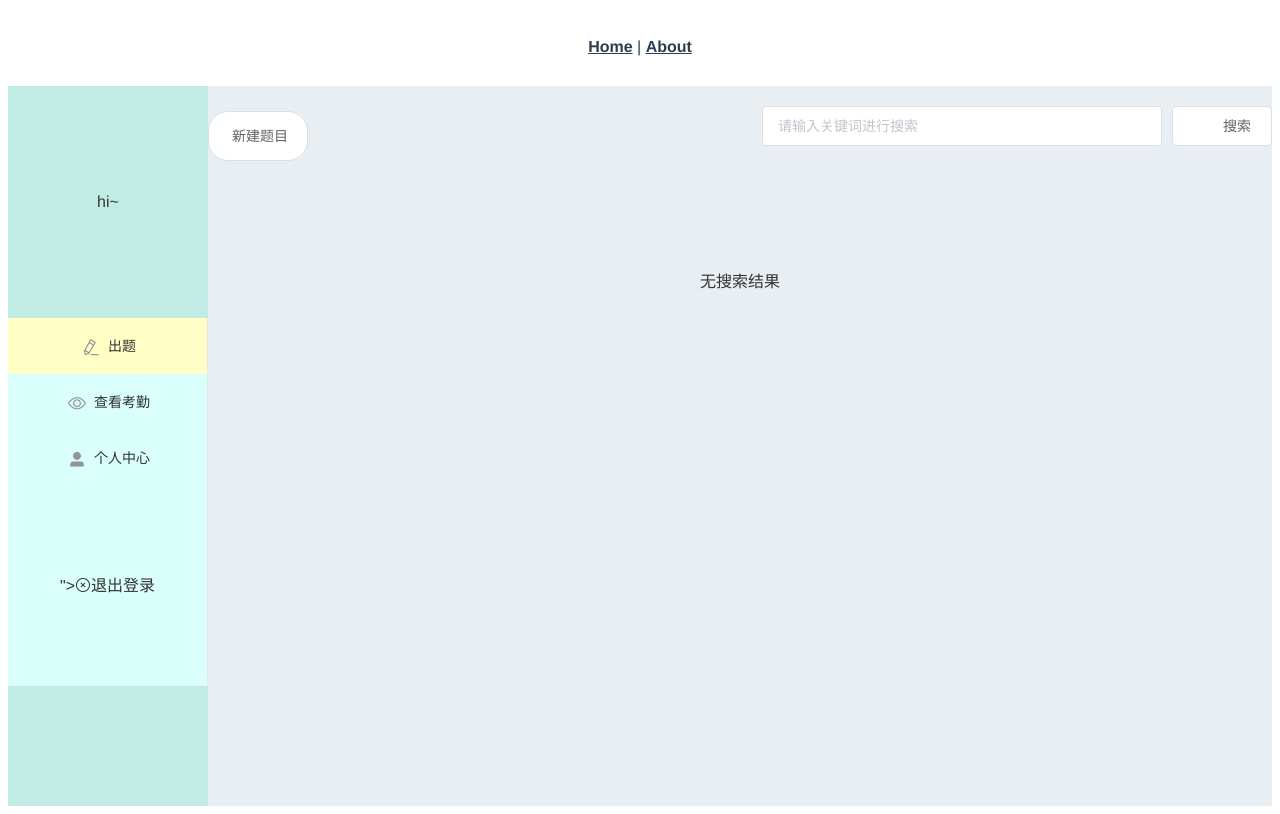
Repository: HiKzcode/Topic-selection-management-system
Page: /teacherview
The author's editor kept a copy of each file at every save. The page is drawn from the files as they stood at one save, then again after a run of saves.
The browser window is 1280 px wide. The pictures show the whole page.
The project was rebuilt for these pictures with package versions that can differ from the ones it lists, and the page was loaded fresh each time. Also part of the build but not shown: vue.config.js, src/views/Login.vue, src/components/Personal.vue, src/views/teacher/Cquestion.vue, src/components/Logout.vue, src/views/teacher/Check.vue.

Above is the page before, as saved 2023-07-03 15:21:29.

After the next 2 saves:
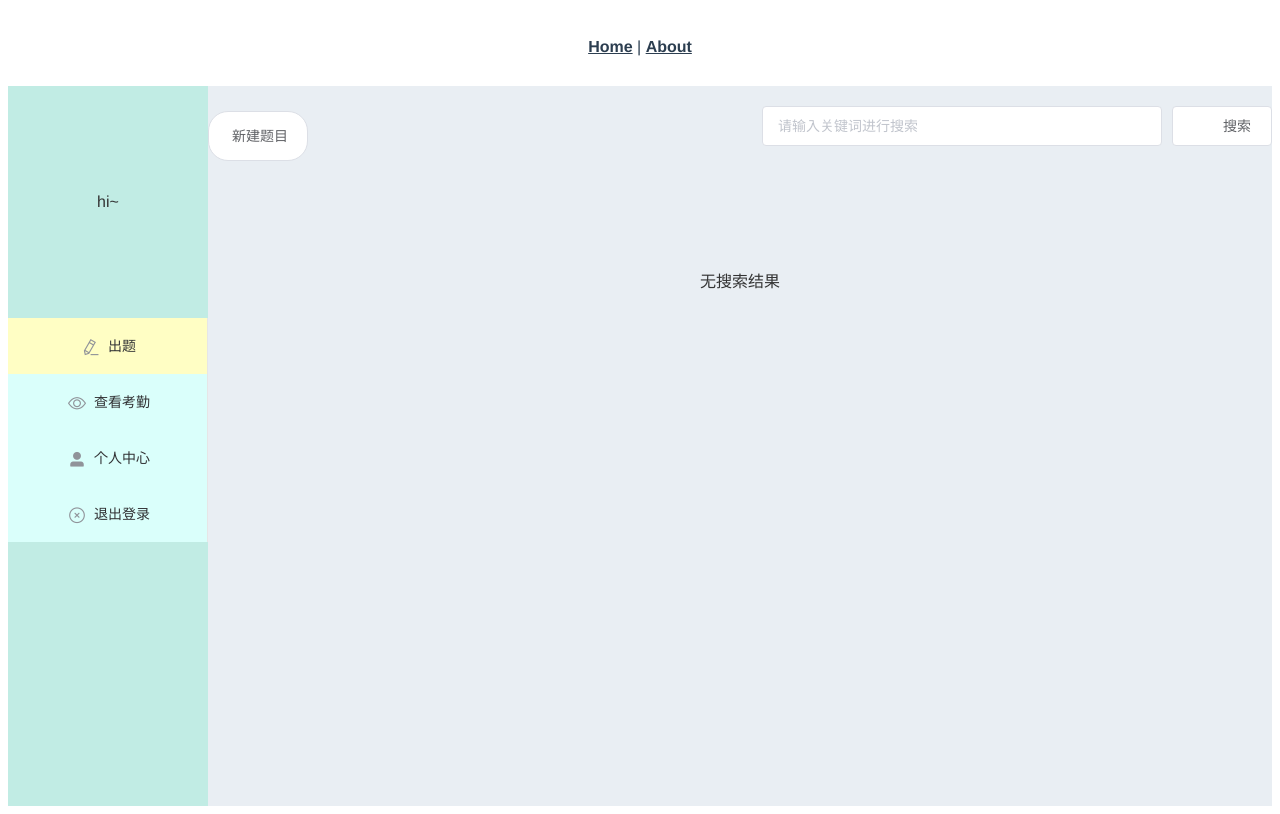
The 2 saves are shown as one change because they came seconds apart.
The last was saved 7 s later.
--- a/src/views/TeacherView.vue
+++ b/src/views/TeacherView.vue
@@ -12,7 +12,7 @@
             </el-menu-item>
            <el-menu-item index="2" :class="{ 'active': selectedMenu === '2' }"><i class="el-icon-view"></i>查看考勤</el-menu-item>
            <el-menu-item index="3" :class="{ 'active': selectedMenu === '3' }" ><i class="el-icon-user-solid"></i>个人中心</el-menu-item>
-           <el-menu-item index="4" :class="{ 'active': selectedMenu === '4' }"@click="handleLogout" }"><i class="el-icon-circle-close"></i>退出登录</el-menu-item>
+           <el-menu-item index="4" :class="{ 'active': selectedMenu === '4' }" @click="handleLogout" ><i class="el-icon-circle-close"></i>退出登录</el-menu-item>
           </el-menu>
         </el-aside>
       </template>
